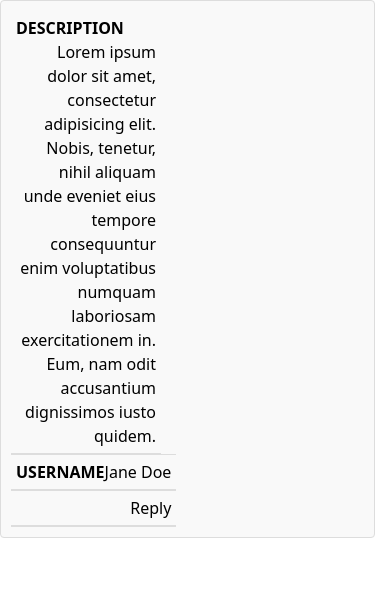
Repository: Yahya9102/Java22-ux22-Sideproject-main
Page: /
An editor plug-in stored every save of this project. The page is shown before and after the next save, followed by the edit.
The browser window is 375 px wide. The pictures show the whole page.
The project was rebuilt for these pictures with package versions that can differ from the ones it lists, and the page was loaded fresh each time. The framework's server and built-in components were replaced by stand-ins that run in the browser. Also part of the build but not shown: next.config.js.

Above is the page before, as saved 2023-04-13 10:11:01.

After the next save:
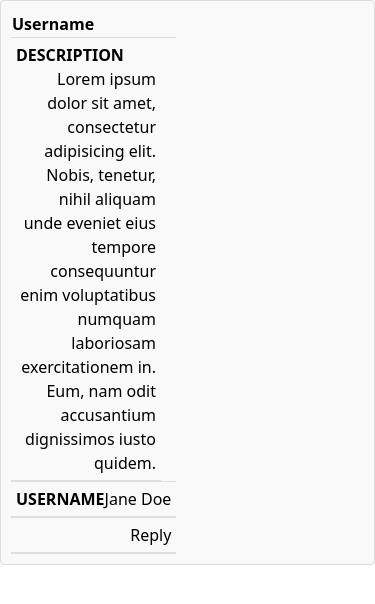
Saved 23 s later.
--- a/p-components/styles/body.module.css
+++ b/p-components/styles/body.module.css
@@ -15,11 +15,6 @@
 
 /* Make the table responsive for mobile */
 @media screen and (max-width: 480px) {
-  /* Hide the table headers */
-  thead {
-    display: none;
-  }
-
   /* Display the table rows as columns */
   tr {
     display: block;
